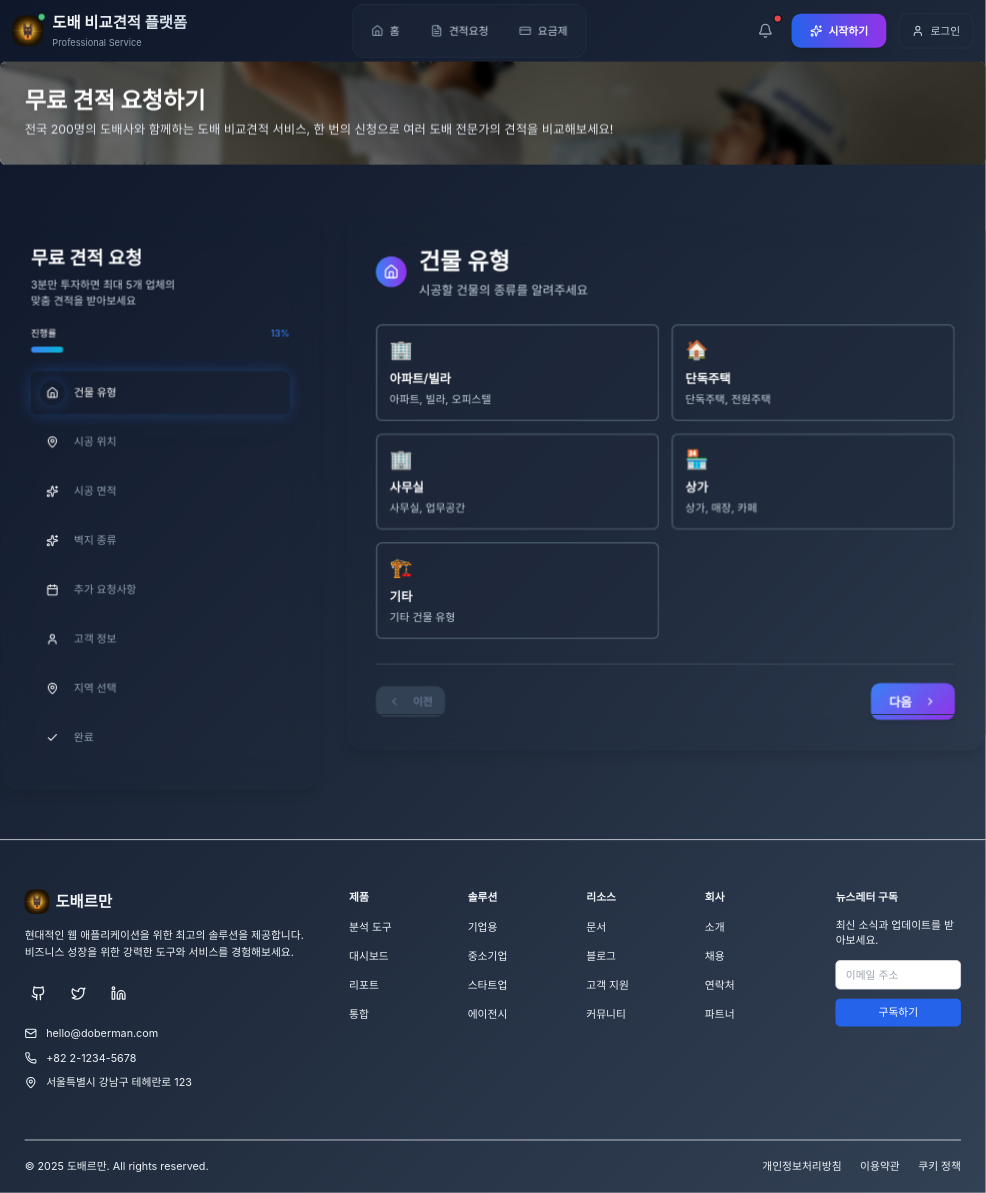
Repository: rambozzang/doberman_nextjs
Page: /quote-request
These files come from the project's save history. The page is drawn as it stood at one moment and after the next save; the edit follows.
The browser window is 1280 px wide. The pictures show the whole page, at 77% of full size.
The project was rebuilt for these pictures with package versions that can differ from the ones it lists, and the page was loaded fresh each time. The framework's server and built-in components were replaced by stand-ins that run in the browser. Also part of the build but not shown: next.config.mjs, next.config.ts, src/components/LoginModal.tsx.

Above is the page before, as saved 2025-06-22 13:33:12.

### src/app/layout.tsx
import type { Metadata } from "next";
import { Geist, Geist_Mono } from "next/font/google";
import "./globals.css";
import QueryProvider from "@/providers/QueryProvider";
import { GlobalProvider } from "@/providers/GlobalProvider";
import Header from "@/components/Header";
import Footer from "@/components/Footer";

const geistSans = Geist({
  variable: "--font-geist-sans",
  subsets: ["latin"],
});

const geistMono = Geist_Mono({
  variable: "--font-geist-mono",
  subsets: ["latin"],
});

export const metadata: Metadata = {
  title: "Doberman - Next.js App",
  description: "Modern Next.js application with Zustand and TanStack Query",
};

export default function RootLayout({
  children,
}: Readonly<{
  children: React.ReactNode;
}>) {
  return (
    <html lang="ko">
      <body
        className={`${geistSans.variable} ${geistMono.variable} antialiased`}
      >
        <QueryProvider>
          <GlobalProvider>
            <Header />
            <main className="min-h-screen">
              {children}
            </main>
            <Footer />
          </GlobalProvider>
        </QueryProvider>
      </body>
    </html>
  );
}

### src/providers/QueryProvider.tsx
'use client';

import { QueryClient, QueryClientProvider } from '@tanstack/react-query';
import { useState } from 'react';

export default function QueryProvider({
  children,
}: {
  children: React.ReactNode;
}) {
  const [queryClient] = useState(() => new QueryClient({
    defaultOptions: {
      queries: {
        staleTime: 60 * 1000, // 1분
        refetchOnWindowFocus: false,
      },
    },
  }));

  return (
    <QueryClientProvider client={queryClient}>
      {children}
    </QueryClientProvider>
  );
}

### src/providers/GlobalProvider.tsx
"use client";

import React from "react";

export function GlobalProvider({ children }: { children: React.ReactNode }) {
  return (
    <>
      {children}
    </>
  );
}

### src/components/Header.tsx
"use client";

import React, { useState, useEffect } from "react";
import Link from "next/link";
import { motion, AnimatePresence } from "framer-motion";
import { Menu, X, Home, FileText, CreditCard, Sparkles, Bell, User } from "lucide-react";
import LoginModal from "./LoginModal";

import Image from "next/image";

interface NavigationItem {
  title: string;
  href?: string;
  icon?: React.ReactNode;
  description?: string;
  items?: {
    title: string;
    href: string;
  }[];
}

interface HeaderProps {
  logo?: string;
  navigationItems?: NavigationItem[];
  ctaText?: string;
  ctaHref?: string;
  showAuth?: boolean;
}

const defaultNavigationItems: NavigationItem[] = [
  {
    title: "홈",
    href: "/",
    icon: <Home className="w-4 h-4" />,
  },
  {
    title: "견적요청",
    href: "/quote-request",
    icon: <FileText className="w-4 h-4" />,
  },
  {
    title: "요금제",
    href: "/pricing",
    icon: <CreditCard className="w-4 h-4" />,
  },
];

const Header: React.FC<HeaderProps> = ({
  logo = "도배 비교견적 플랫폼",
  navigationItems = defaultNavigationItems,
  ctaText = "시작하기",
  ctaHref = "/signup",
  showAuth = true,
}) => {
  const [isScrolled, setIsScrolled] = useState(false);
  const [isMobileMenuOpen, setIsMobileMenuOpen] = useState(false);
  const [isLoginModalOpen, setIsLoginModalOpen] = useState(false);

  useEffect(() => {
    const handleScroll = () => {
      setIsScrolled(window.scrollY > 10);
    };

    window.addEventListener("scroll", handleScroll);
    return () => window.removeEventListener("scroll", handleScroll);
  }, []);

  useEffect(() => {
    if (isMobileMenuOpen) {
      document.body.style.overflow = "hidden";
    } else {
      document.body.style.overflow = "unset";
    }
    return () => {
      document.body.style.overflow = "unset";
    };
  }, [isMobileMenuOpen]);

  return (
    <>
      <motion.header
        initial={{ y: -100, opacity: 0 }}
        animate={{ y: 0, opacity: 1 }}
        transition={{ duration: 0.6, ease: "easeOut" }}
        className={`fixed top-0 left-0 right-0 z-50 transition-all duration-500 ${
          isScrolled
            ? "bg-slate-900/90 backdrop-blur-xl border-b border-slate-700/50 shadow-2xl"
            : "bg-transparent"
        }`}
      >
        <div className="container mx-auto" style={{ padding: '0 var(--spacing-4)' }}>
          <div className="flex items-center justify-between h-16 lg:h-20">
            {/* Logo */}
            <motion.div
              whileHover={{ scale: 1.05 }}
              whileTap={{ scale: 0.95 }}
              className="flex-shrink-0"
            >
              <Link href="/" className="flex items-center group" style={{ gap: 'var(--spacing-3)' }}>
                <div className="relative">
                  {/* <div className="w-10 h-10 bg-gradient-to-br from-blue-500 to-purple-600 rounded-xl flex items-center justify-center shadow-lg group-hover:shadow-blue-500/25 transition-all duration-300">
                    <span className="text-white font-bold text-lg">🐕</span>
                  </div> */}
                  <Image src={"/logo.png"} alt="logo" width={40} height={40} />
                  <div className="absolute -top-1 -right-1 w-3 h-3 bg-green-400 rounded-full border-2 border-slate-900 animate-pulse"></div>
                </div>
                <div className="hidden sm:block">
                  <span className="text-xl font-bold bg-gradient-to-r from-white to-slate-300 bg-clip-text text-transparent">
                    {logo}
                  </span>
                  <div className="text-xs text-slate-400" style={{ marginTop: 'var(--spacing-1)' }}>Professional Service</div>
                </div>
              </Link>
            </motion.div>

            {/* Desktop Navigation */}
            <div className="hidden lg:flex items-center justify-center flex-1" style={{ padding: '0 var(--spacing-8)' }}>
              <nav className="flex items-center bg-slate-800/50 backdrop-blur-sm rounded-2xl border border-slate-700/50" style={{ gap: 'var(--spacing-2)', padding: 'var(--spacing-2)' }}>
                {navigationItems.map((item, index) => (
                  <motion.div
                    key={item.title}
                    initial={{ opacity: 0, y: -20 }}
                    animate={{ opacity: 1, y: 0 }}
                    transition={{ delay: index * 0.1 }}
                  >
                    <Link
                      href={item.href || "#"}
                      className="group relative flex items-center rounded-xl text-slate-300 hover:text-white transition-all duration-300 hover:bg-slate-700/50"
                      style={{ gap: 'var(--spacing-2)', padding: 'var(--spacing-4) var(--spacing-4)' }}
                    >
                      <span className="text-slate-400 group-hover:text-blue-400 transition-colors duration-300">
                        {item.icon}
                      </span>
                      <span className="text-sm font-medium">{item.title}</span>
                      <div className="absolute inset-0 rounded-xl bg-gradient-to-r from-blue-500/10 to-purple-500/10 opacity-0 group-hover:opacity-100 transition-opacity duration-300"></div>
                    </Link>
                  </motion.div>
                ))}
              </nav>
            </div>

            {/* Desktop CTA and Auth */}
            <div className="hidden lg:flex items-center" style={{ gap: 'var(--spacing-4)' }}>
              {/* Notification Bell */}
              <motion.button
                whileHover={{ scale: 1.1 }}
                whileTap={{ scale: 0.9 }}
                className="relative p-2 text-slate-400 hover:text-white transition-colors duration-300"
              >
                <Bell className="w-5 h-5" />
                <div className="absolute -top-1 -right-1 w-3 h-3 bg-red-500 rounded-full border-2 border-slate-900"></div>
              </motion.button>

              {/* CTA Button */}
              <motion.div
                whileHover={{ scale: 1.05 }}
                whileTap={{ scale: 0.95 }}
              >
                <Link
                  href={ctaHref}
                  className="group relative inline-flex items-center bg-gradient-to-r from-blue-600 to-purple-600 text-white rounded-xl text-sm font-semibold shadow-lg hover:shadow-blue-500/25 transition-all duration-300 overflow-hidden"
                  style={{ gap: 'var(--spacing-2)', padding: 'var(--spacing-3) var(--spacing-6)' }}
                >
                  <div className="absolute inset-0 bg-gradient-to-r from-blue-500 to-purple-500 opacity-0 group-hover:opacity-100 transition-opacity duration-300"></div>
                  <Sparkles className="w-4 h-4 relative z-10" />
                  <span className="relative z-10">{ctaText}</span>
                </Link>
              </motion.div>

              {/* Auth Button */}
              {showAuth && (
                <motion.button
                  whileHover={{ scale: 1.05 }}
                  whileTap={{ scale: 0.95 }}
                  onClick={() => setIsLoginModalOpen(true)}
                  className="flex items-center text-slate-300 hover:text-white rounded-xl border border-slate-700/50 hover:border-slate-600/50 hover:bg-slate-800/50 transition-all duration-300"
                  style={{ gap: 'var(--spacing-2)', padding: 'var(--spacing-3) var(--spacing-4)' }}
                >
                  <User className="w-4 h-4" />
                  <span className="text-sm font-medium">로그인</span>
                </motion.button>
              )}
            </div>

            {/* Mobile menu button */}
            <div className="lg:hidden">
              <motion.button
                whileHover={{ scale: 1.1 }}
                whileTap={{ scale: 0.9 }}
                onClick={() => setIsMobileMenuOpen(!isMobileMenuOpen)}
                className="relative p-2 text-slate-300 hover:text-white transition-colors duration-300"
              >
                <AnimatePresence mode="wait">
                  {isMobileMenuOpen ? (
                    <motion.div
                      key="close"
                      initial={{ rotate: -90, opacity: 0 }}
                      animate={{ rotate: 0, opacity: 1 }}
                      exit={{ rotate: 90, opacity: 0 }}
                      transition={{ duration: 0.2 }}
                    >
                      <X size={24} />
                    </motion.div>
                  ) : (
                    <motion.div
                      key="menu"
                      initial={{ rotate: 90, opacity: 0 }}
                      animate={{ rotate: 0, opacity: 1 }}
                      exit={{ rotate: -90, opacity: 0 }}
                      transition={{ duration: 0.2 }}
                    >
                      <Menu size={24} />
                    </motion.div>
                  )}
                </AnimatePresence>
              </motion.button>
            </div>
          </div>
        </div>

        {/* Mobile Navigation */}
        <AnimatePresence>
          {isMobileMenuOpen && (
            <>
              {/* Backdrop */}
              <motion.div
                initial={{ opacity: 0 }}
                animate={{ opacity: 1 }}
                exit={{ opacity: 0 }}
                className="fixed inset-0 bg-black/50 backdrop-blur-sm z-40"
                onClick={() => setIsMobileMenuOpen(false)}
              />

              {/* Mobile Menu */}
              <motion.div
                initial={{ opacity: 0, y: -20, scale: 0.95 }}
                animate={{ opacity: 1, y: 0, scale: 1 }}
                exit={{ opacity: 0, y: -20, scale: 0.95 }}
                transition={{ duration: 0.2 }}
                className="absolute top-full bg-slate-900/95 backdrop-blur-xl border border-slate-700/50 rounded-2xl shadow-2xl z-50 overflow-hidden"
                style={{ left: 'var(--spacing-4)', right: 'var(--spacing-4)', marginTop: 'var(--spacing-2)' }}
              >
                <div style={{ padding: 'var(--spacing-6)', display: 'flex', flexDirection: 'column', gap: 'var(--spacing-4)' }}>
                  {/* Mobile Navigation Items */}
                  {navigationItems.map((item, index) => (
                    <motion.div
                      key={item.title}
                      initial={{ opacity: 0, x: -20 }}
                      animate={{ opacity: 1, x: 0 }}
                      transition={{ delay: index * 0.1 }}
                    >
                      <Link
                        href={item.href || "#"}
                        className="flex items-center rounded-xl text-slate-300 hover:text-white hover:bg-slate-800/50 transition-all duration-300 group"
                        style={{ gap: 'var(--spacing-3)', padding: 'var(--spacing-3)' }}
                        onClick={() => setIsMobileMenuOpen(false)}
                      >
                        <span className="text-slate-400 group-hover:text-blue-400 transition-colors duration-300">
                          {item.icon}
                        </span>
                        <span className="font-medium">{item.title}</span>
                      </Link>
                    </motion.div>
                  ))}

                  {/* Mobile CTA and Auth */}
                  <div className="border-t border-slate-700/50" style={{ paddingTop: 'var(--spacing-4)', display: 'flex', flexDirection: 'column', gap: 'var(--spacing-3)' }}>
                    <motion.div
                      initial={{ opacity: 0, y: 20 }}
                      animate={{ opacity: 1, y: 0 }}
                      transition={{ delay: 0.3 }}
                    >
                      <Link
                        href={ctaHref}
                        className="flex items-center justify-center bg-gradient-to-r from-blue-600 to-purple-600 text-white rounded-xl font-semibold shadow-lg transition-all duration-300"
                        style={{ gap: 'var(--spacing-2)', padding: 'var(--spacing-3) var(--spacing-6)' }}
                        onClick={() => setIsMobileMenuOpen(false)}
                      >
                        <Sparkles className="w-4 h-4" />
                        <span>{ctaText}</span>
                      </Link>
                    </motion.div>

                    {showAuth && (
                      <motion.button
                        initial={{ opacity: 0, y: 20 }}
                        animate={{ opacity: 1, y: 0 }}
                        transition={{ delay: 0.4 }}
                        onClick={() => {
                          setIsLoginModalOpen(true);
                          setIsMobileMenuOpen(false);
                        }}
                        className="flex items-center justify-center w-full text-slate-300 hover:text-white rounded-xl border border-slate-700/50 hover:border-slate-600/50 hover:bg-slate-800/50 transition-all duration-300"
                        style={{ gap: 'var(--spacing-2)', padding: 'var(--spacing-3) var(--spacing-6)' }}
                      >
                        <User className="w-4 h-4" />
                        <span className="font-medium">로그인</span>
                      </motion.button>
                    )}
                  </div>
                </div>
              </motion.div>
            </>
          )}
        </AnimatePresence>
      </motion.header>

      {/* Login Modal */}
      <LoginModal
        isOpen={isLoginModalOpen}
        onClose={() => setIsLoginModalOpen(false)}
      />
    </>
  );
};

export default Header;

Loaded but not shown: tailwind.config.js (131 lines, source omitted); src/app/quote-request/page.tsx (817 lines, source omitted); src/app/globals.css (649 lines, source omitted); src/components/Footer.tsx (297 lines, source omitted)

After the next save:
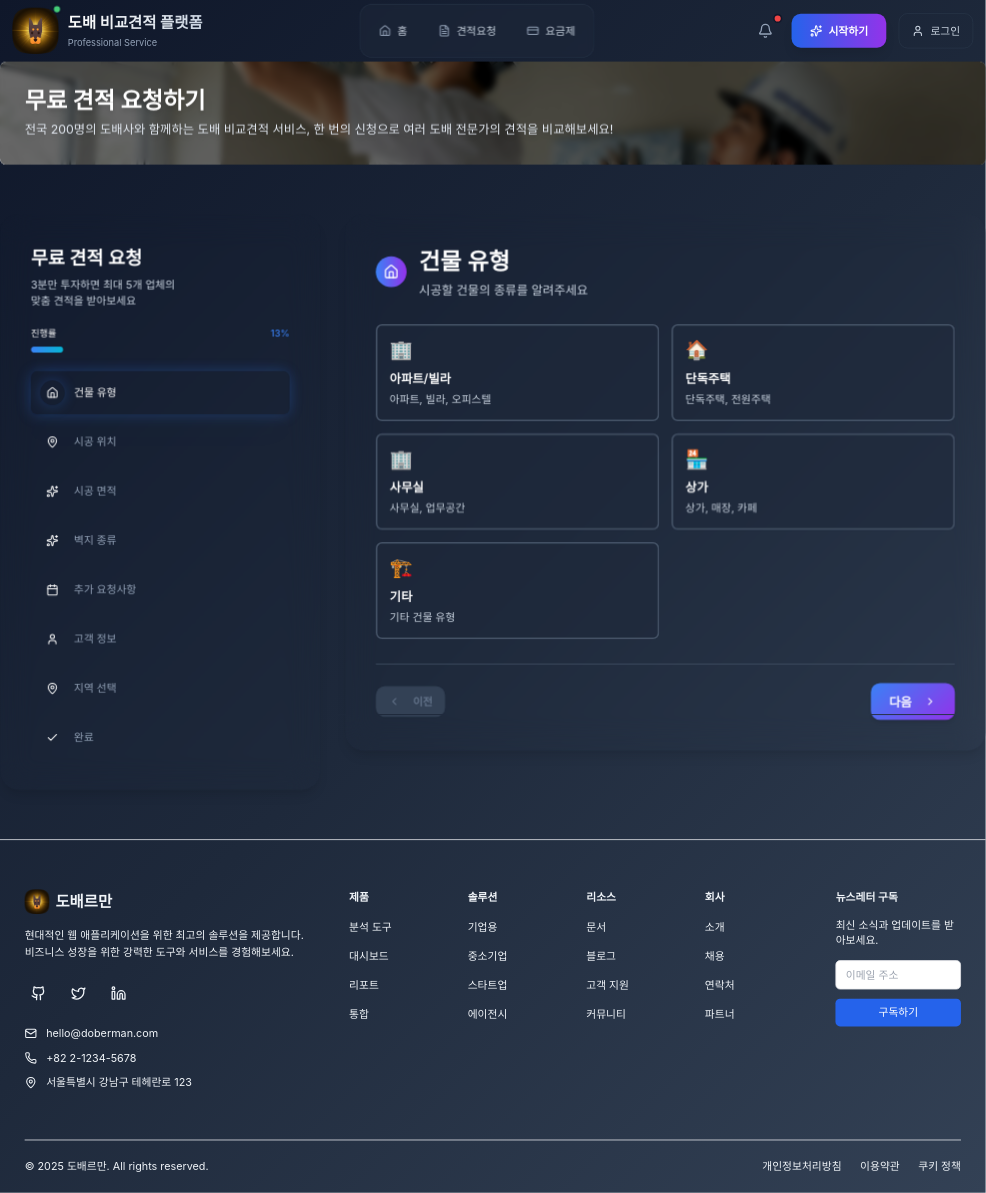
Saved 10 min 32 s later.
--- a/src/components/Header.tsx
+++ b/src/components/Header.tsx
@@ -101,7 +101,7 @@ const Header: React.FC<HeaderProps> = ({
                   {/* <div className="w-10 h-10 bg-gradient-to-br from-blue-500 to-purple-600 rounded-xl flex items-center justify-center shadow-lg group-hover:shadow-blue-500/25 transition-all duration-300">
                     <span className="text-white font-bold text-lg">🐕</span>
                   </div> */}
-                  <Image src={"/logo.png"} alt="logo" width={40} height={40} />
+                  <Image src={"/logo.png"} alt="logo" width={60} height={40} />
                   <div className="absolute -top-1 -right-1 w-3 h-3 bg-green-400 rounded-full border-2 border-slate-900 animate-pulse"></div>
                 </div>
                 <div className="hidden sm:block">
